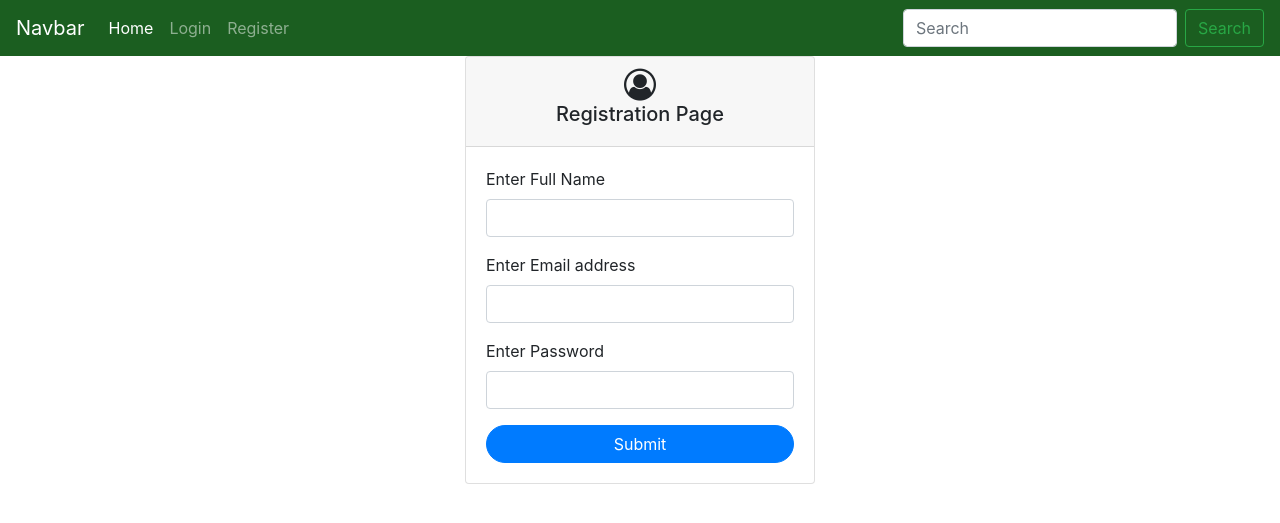
Repository: Chandnim0712/Ecommerce-Spring-Boot-Project
Page: http://localhost/LoginPage/register.jsp
The author's editor kept a copy of each file at every save. The page is drawn from the files as they stood at one save, then again after the next save.
The browser window is 1280 px wide. The pictures show the whole page.
The page is served by Tomcat 9. Other server files are loaded and not shown.

Above is the page before, as saved 2025-06-11 21:06:10.

### LoginPage/src/main/webapp/register.jsp
<%@ page language="java" contentType="text/html; charset=UTF-8"
	pageEncoding="UTF-8"%>
<!DOCTYPE html>
<html>
<head>
<meta charset="UTF-8">
<title>Register</title>
<link rel="stylesheet"
	href="https://cdn.jsdelivr.net/npm/bootstrap@4.0.0/dist/css/bootstrap.min.css"
	integrity="sha384-Gn5384xqQ1aoWXA+058RXPxPg6fy4IWvTNh0E263XmFcJlSAwiGgFAW/dAiS6JXm"
	crossorigin="anonymous">

<link rel="stylesheet"
	href="https://cdnjs.cloudflare.com/ajax/libs/font-awesome/4.7.0/css/font-awesome.min.css">

<link rel="stylesheet" href="css/style.css">
</head>
<body>
	<!-- Start Navbar  -->

	<nav class="navbar navbar-expand-lg navbar-dark bg-custom">
		<a class="navbar-brand" href="#">Navbar</a>
		<button class="navbar-toggler" type="button" data-toggle="collapse"
			data-target="#navbarSupportedContent"
			aria-controls="navbarSupportedContent" aria-expanded="false"
			aria-label="Toggle navigation">
			<span class="navbar-toggler-icon"></span>
		</button>

		<div class="collapse navbar-collapse" id="navbarSupportedContent">
			<ul class="navbar-nav mr-auto">
				<li class="nav-item active"><a class="nav-link" href="#">Home
						<span class="sr-only">(current)</span>
				</a></li>
				<li class="nav-item"><a class="nav-link" href="login.jsp">Login</a></li>
				<li class="nav-item"><a class="nav-link" href="register.jsp">Register</a>
				</li>
			</ul>
			<form class="form-inline my-2 my-lg-0">
				<input class="form-control mr-sm-2" type="search"
					placeholder="Search" aria-label="Search">
				<button class="btn btn-outline-success my-2 my-sm-0" type="submit">Search</button>
			</form>
		</div>
	</nav>

	<!-- End Navbar -->

	<div class="container">
		<div class="row">
			<div class="col-md-4 offset-md-4">
				<div class="card">
					<div class="card-header text-center c-head">
						<i class="fa fa-user-circle-o fa-2x"></i>
						<h5>Registration Page</h5>
					</div>
					<div class="card-body">
						<form>
							<div class="form-group">
								<label for="exampleInputEmail1">Enter Full Name</label> <input
									type="text" class="form-control" id="exampleInputEmail1"
									aria-describedby="emailHelp">
							</div>
							<div class="form-group">
								<label for="exampleInputEmail1">Enter Email address</label> <input
									type="email" class="form-control" id="exampleInputEmail1"
									aria-describedby="emailHelp">
							</div>
							<div class="form-group">
								<label for="exampleInputPassword1">Enter Password</label> <input
									type="password" class="form-control" id="exampleInputPassword1">
							</div>

							<button type="submit" class="btn btn-primary btn-block badge-pill">Submit</button>
						</form>
					</div>
				</div>
			</div>
		</div>
	</div>

</body>
</html>

### LoginPage/src/main/webapp/css/style.css
.bg-custom{
	background : #1b5e20 !important
}

After the next save:
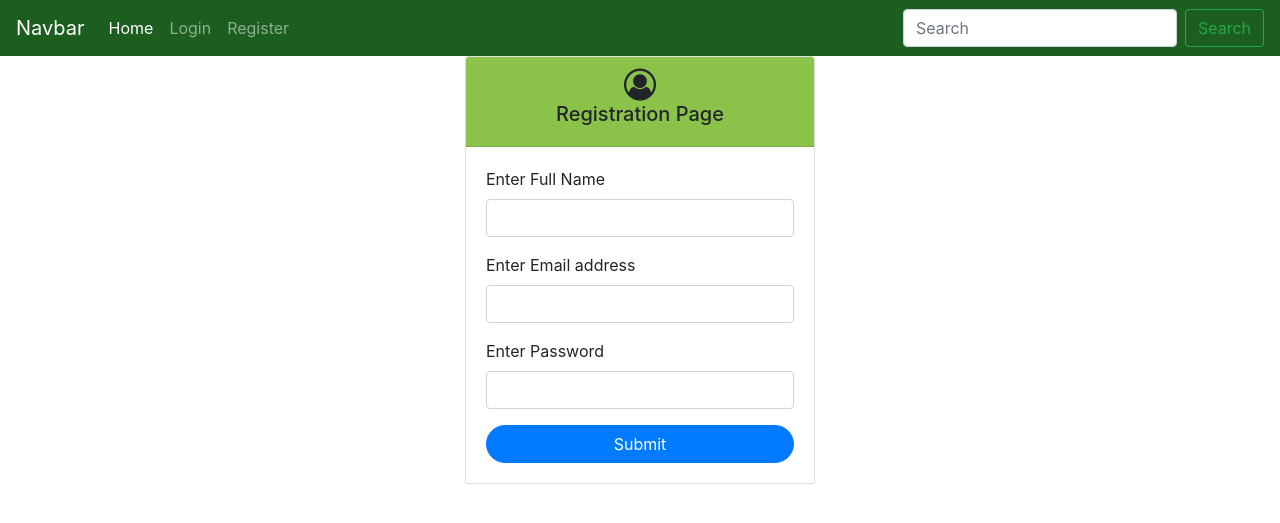
Saved 52 s later.
--- a/LoginPage/src/main/webapp/css/style.css
+++ b/LoginPage/src/main/webapp/css/style.css
@@ -1,3 +1,7 @@
 .bg-custom{
-	background : #1b5e20 !important
+	background : #1b5e20; !important
 }
+
+.c-head{
+	background : #8bc34a;
+}
